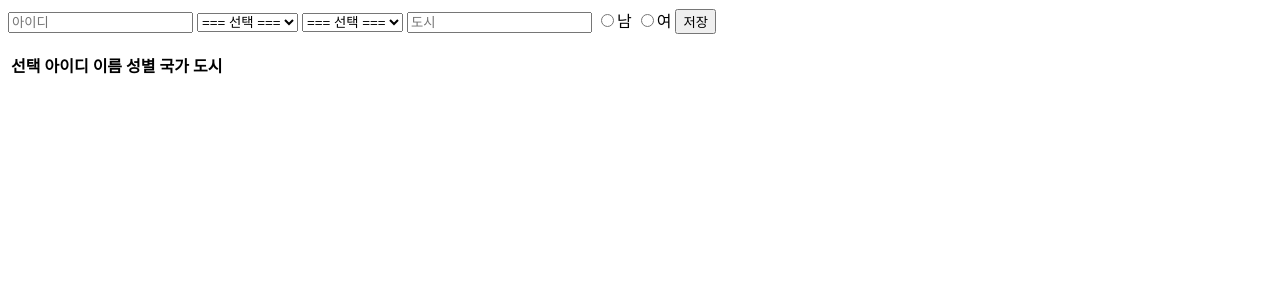
Repository: kukikuko/spring
Page: http://localhost/jspExample/WEB-INF/view/index.jsp
An editor plug-in stored every save of this project. The page is shown before and after the next save, followed by the edit.
The browser window is 1280 px wide. The pictures show the whole page.
The page is served by Tomcat 9. Nobody is signed in. Other server files are loaded and not shown. The template is opened directly, without the code that normally fills it, so the values that code supplies are empty.

Above is the page before, as saved 2023-03-19 12:08:58.

### jspExample/src/main/webapp/WEB-INF/view/index.jsp
<%@ taglib prefix="c" uri="http://java.sun.com/jsp/jstl/core" %>
<html>
<head>
	<%@ page language="java" contentType="text/html; charset=UTF-8"%>
    <meta http-equiv="Content-Type" content="text/html; charset=UTF-8">
    <title>Spring Boot Application</title>
    <script src="https://cdnjs.cloudflare.com/ajax/libs/jquery/3.6.0/jquery.min.js"></script>
</head>
<body>
	<div>
		<div>
			<form method="post">
				<input placeholder="아이디" type="text" name="id">
				<select name="name" >
				    <option value="none">=== 선택 ===</option>
				    <c:forEach items="${nameList}" var="name">
				    	<option value="${name}">${name}</option>
				    </c:forEach>
				</select>
				<select name="nation" >
				    <option value="none">=== 선택 ===</option>
				    <c:forEach items="${nationList}" var="nation">
				    	<option value="${nation}">${nation}</option>
				    </c:forEach>
				</select>
				<input placeholder="도시" type="text" name="city">
	  			<input type='radio' name='gender' value='male' />남
				<input type='radio' name='gender' value='female' />여
				<button type="submit">저장</button>
			</form>
		</div>
		<div>
			<table>
				<thead>
					<tr>
						<th>선택</th>
						<th>아이디</th>
						<th>이름</th>
						<th>성별</th>
						<th>국가</th>
						<th>도시</th>
					</tr>
				</thead>

				<tbody>
					<c:forEach items="${boardList}" var="board">
						<tr>
							<td>${board.no}</td>
							<td>${board.id}</td>
							<td>${board.name}</td>
							<td>${board.gender}</td>
							<td>${board.nation}</td>
							<td>${board.city}</td>
						</tr>
					</c:forEach>
				</tbody>
			</table>
		</div>
	</div>
</body>
</html>

After the next save:
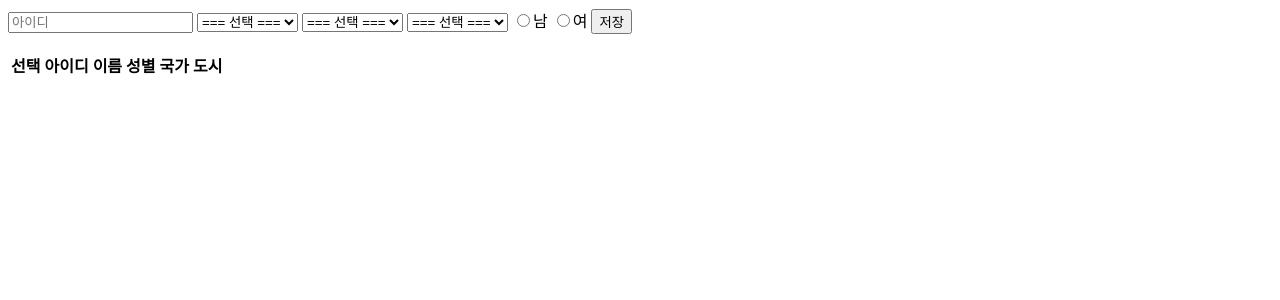
Saved 5 min 3 s later.
--- a/jspExample/src/main/webapp/WEB-INF/view/index.jsp
+++ b/jspExample/src/main/webapp/WEB-INF/view/index.jsp
@@ -17,13 +17,15 @@
 				    	<option value="${name}">${name}</option>
 				    </c:forEach>
 				</select>
-				<select name="nation" >
+				<select name="nation" id="nation">
 				    <option value="none">=== 선택 ===</option>
 				    <c:forEach items="${nationList}" var="nation">
 				    	<option value="${nation}">${nation}</option>
 				    </c:forEach>
 				</select>
-				<input placeholder="도시" type="text" name="city">
+				<select name="city" id="city">
+				    <option value="none">=== 선택 ===</option>
+				</select>
 	  			<input type='radio' name='gender' value='male' />남
 				<input type='radio' name='gender' value='female' />여
 				<button type="submit">저장</button>
@@ -58,4 +60,9 @@
 		</div>
 	</div>
 </body>
+
+
+<script type="text/javascript">
+
+</script>
 </html>
